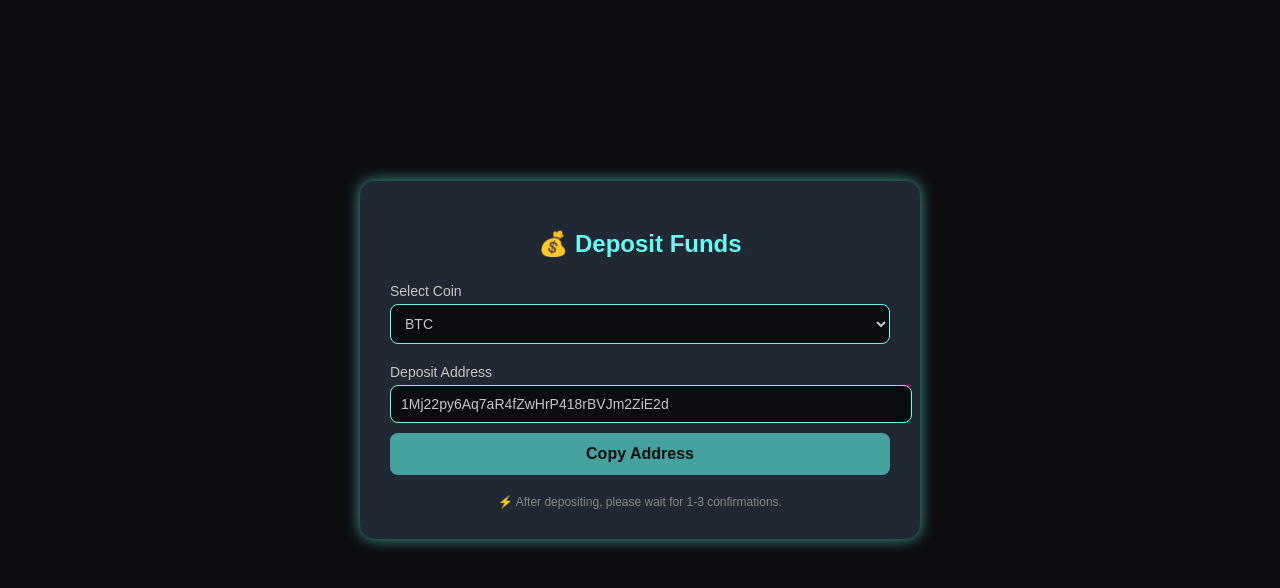
Repository: fredericIT/cypto
Page: http://localhost/account/deposit
These files come from the project's save history. The page is drawn as it stood at one moment and after the next save; the edit follows.
The browser window is 1280 px wide. The pictures show the whole page.
The page is served by the project's application, run on Flask 3 (app.py). The user the application loads for id 1 is signed in. The page reads the database file committed with the project.

Above is the page before, as saved 2025-04-26 22:23:01.

After the next save:
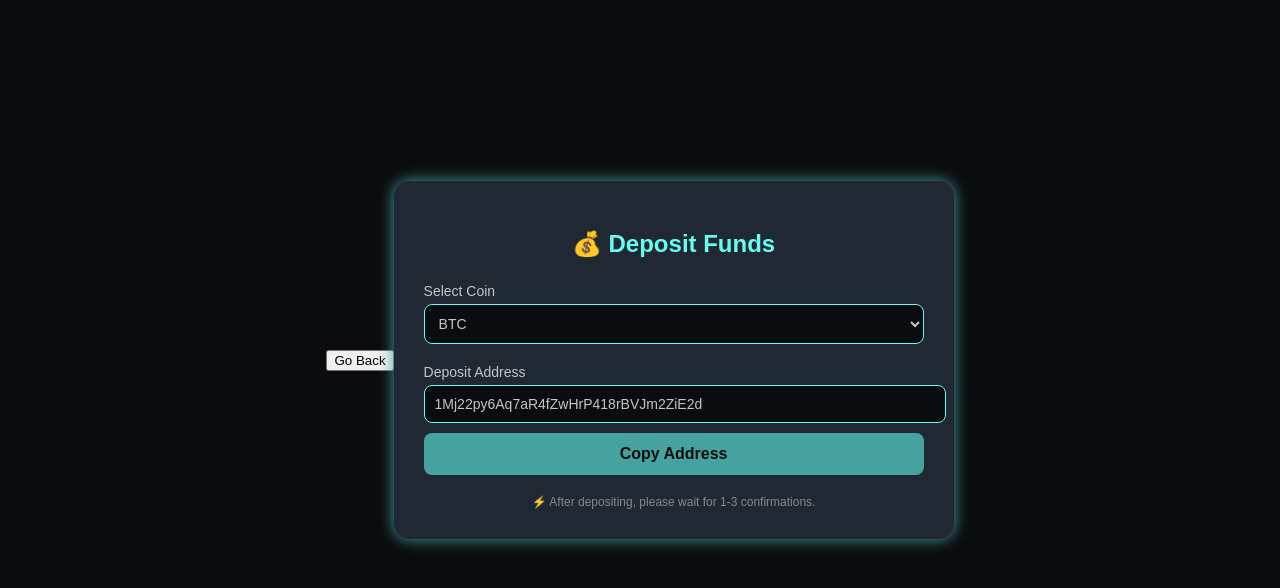
Saved 50 s later.
--- a/templates/user/deposit.html
+++ b/templates/user/deposit.html
@@ -7,6 +7,7 @@
     <link rel="stylesheet" href="{{ url_for('static', filename='css/user/profile_kyc.css') }}">
 </head>
 <body>
+    <button type="button" onclick="javascript:self.history.back()" style="float: left;" class="btn">Go Back</button>
     <div class="container">
         <h2>💰 Deposit Funds</h2>
 
